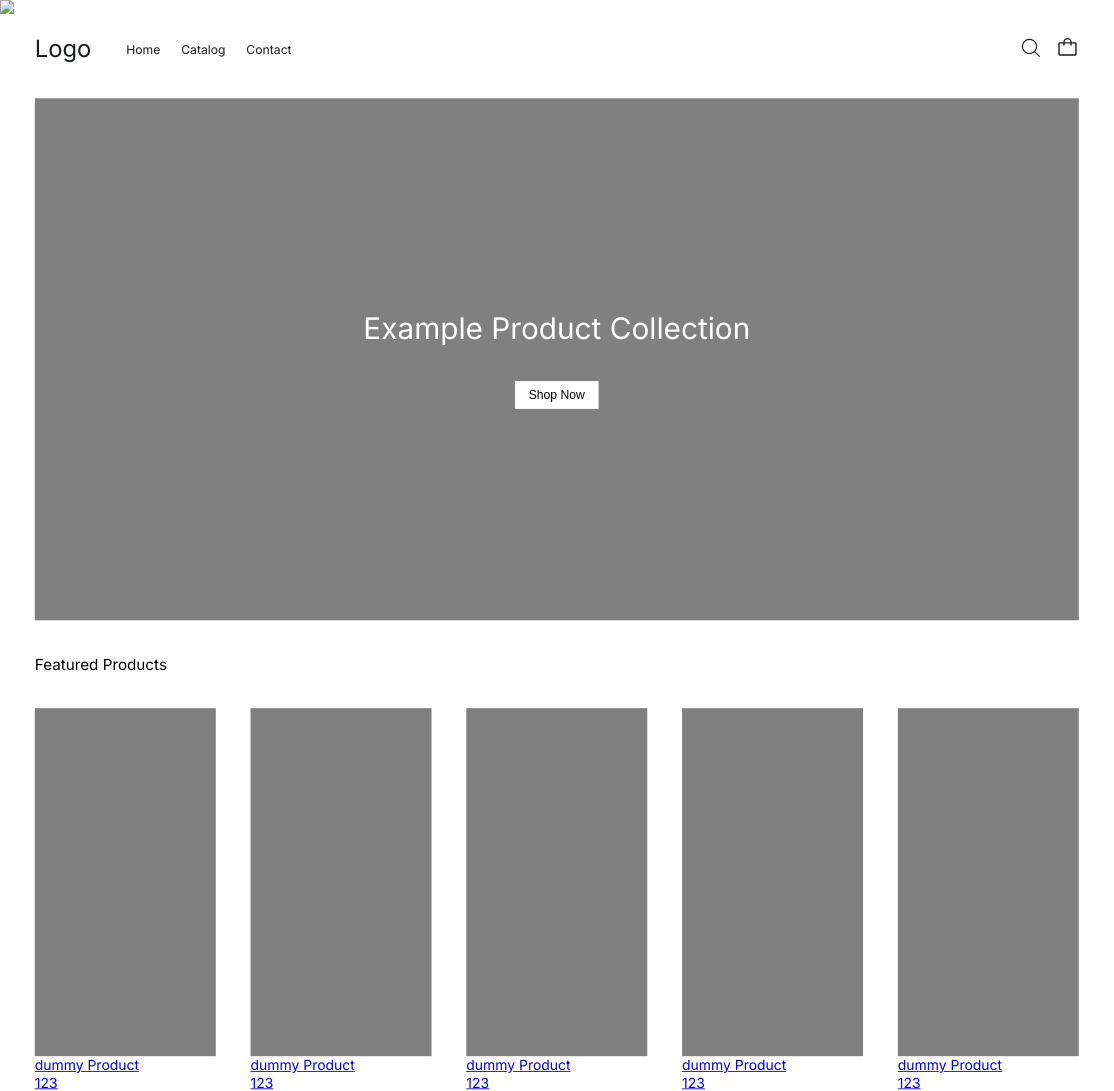
Repository: David-Waite/ecommercefrontendTemplate
Page: /
These files come from the project's save history. The page is drawn as it stood at one moment and after the next save; the edit follows.
The browser window is 1280 px wide. The pictures show the whole page, at 87% of full size.
The project was rebuilt for these pictures with package versions that can differ from the ones it lists, and the page was loaded fresh each time. The framework's server and built-in components were replaced by stand-ins that run in the browser. Also part of the build but not shown: next.config.js.

Above is the page before, as saved 2023-08-24 19:49:17.

After the next save:
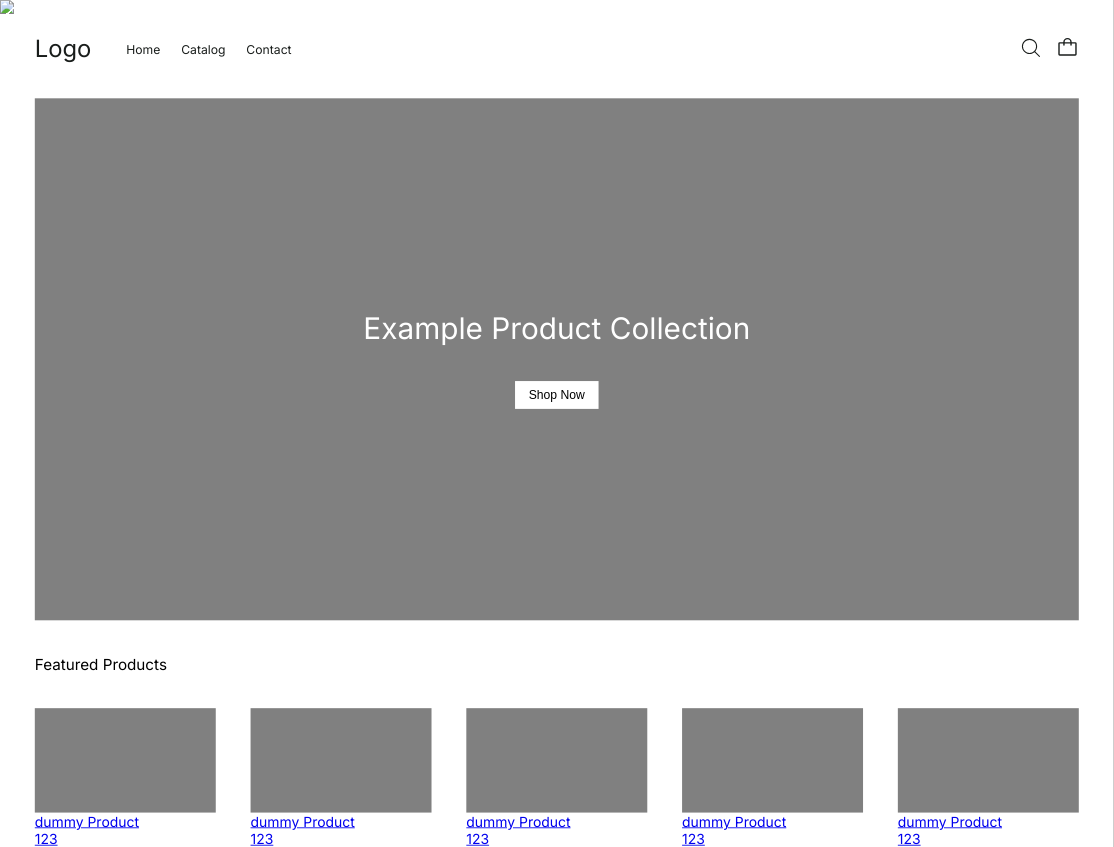
Saved 55 s later.
--- a/app/Components/UI/ProductCard/ProductCard.module.css
+++ b/app/Components/UI/ProductCard/ProductCard.module.css
@@ -1,4 +1,4 @@
 .imageContainer {
-  height: 400px;
+  height: calc((((100vw - 200px) / 6) / 3) * 2);
   background-color: grey;
 }
